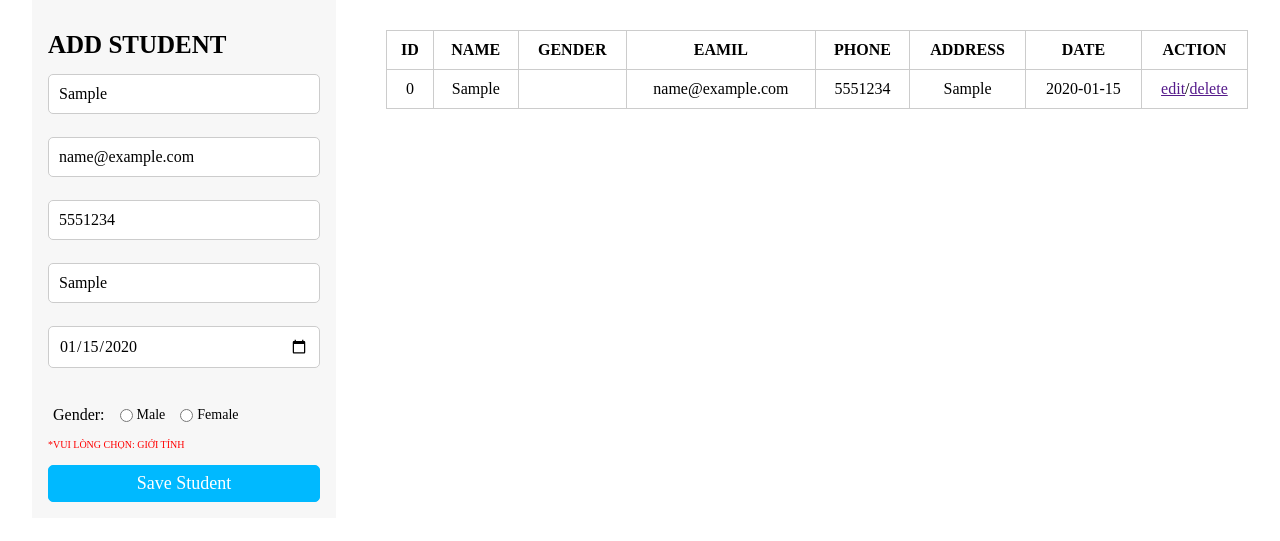
Repository: vanphongnguyen1/webDemo
Page: project(table-form)/index.html
These files come from the project's save history. The page is drawn as it stood at one moment and after the next save; the edit follows.
The browser window is 1280 px wide. The pictures show the whole page.
Empty fields were first filled with sample values (such as "Sample", 5 or name@example.com).
After loading, the first visible `form` was submitted once.
The style sheet was rebuilt from its Sass, Less or Tailwind sources for each picture, by a compiler version that may differ from the author's.

Above is the page before, as saved 2020-08-30 16:22:58.

After the next save:
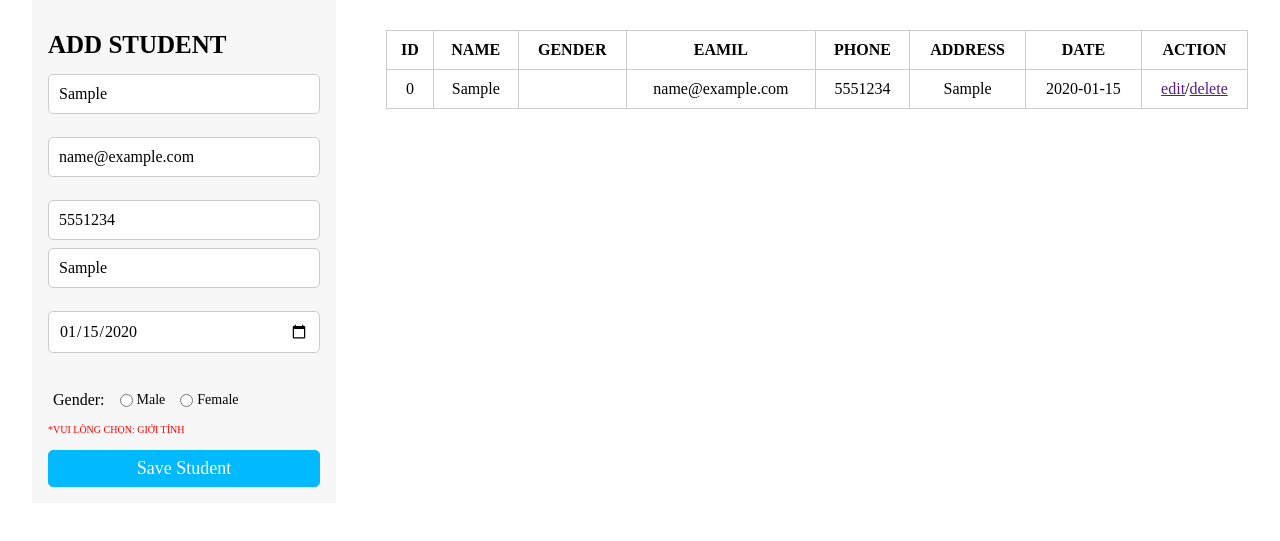
Saved 10 s later.
--- a/project(table-form)/js/main.js
+++ b/project(table-form)/js/main.js
@@ -45,7 +45,7 @@
             document.querySelector('.error-phone').style.display= 'block'
         } else {
             document.querySelector('.error-phone').innerHTML=''
-            // document.querySelector('.error-phone').style.display= none
+            document.querySelector('.error-phone').style.display= 'none'
 
         }
         if(!address) {
